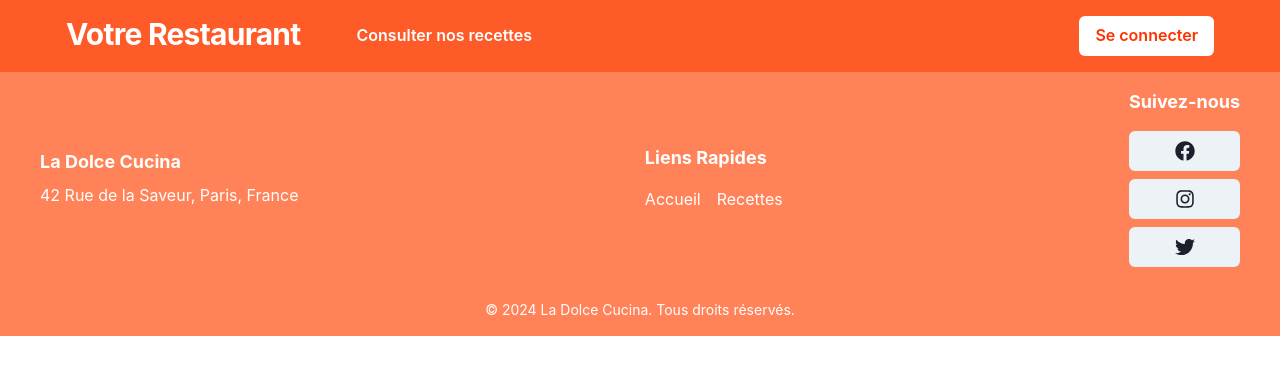
Repository: Ecaron76/tp-restau-next
Page: /recettes
These files come from the project's save history. The page is drawn as it stood at one moment and after the next save; the edit follows.
The browser window is 1280 px wide. The pictures show the whole page.
The page's requests for data from a server got no answer. The project was rebuilt for these pictures with package versions that can differ from the ones it lists, and the page was loaded fresh each time. The framework's server and built-in components were replaced by stand-ins that run in the browser. No one was signed in, and anything a server would have sent is missing. Also part of the build but not shown: next.config.mjs.

Above is the page before, as saved 2024-02-25 18:40:52.

After the next save:
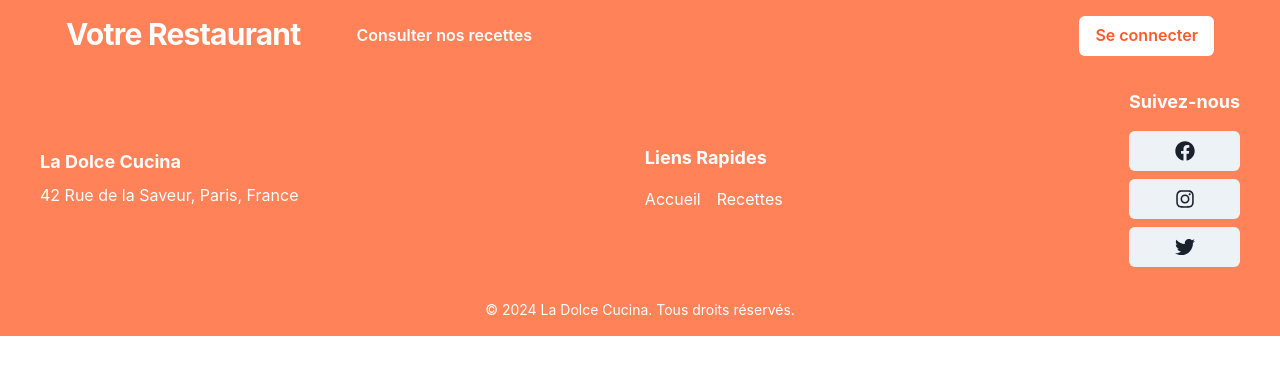
Saved 20 s later.
--- a/src/components/Header/Header.tsx
+++ b/src/components/Header/Header.tsx
@@ -3,7 +3,7 @@ import NextLink from 'next/link'; // Pour gérer la navigation entre les pages
 
 const Header = () => {
   return (
-    <Box bg="brand.400" p={4} color="white">
+    <Box bg="brand.300" p={4} color="white">
       <Flex alignItems="center" maxW="100%" marginLeft={'50px'} marginRight={'50px'} justifyContent='space-between'>
         {/* Logo ou Nom du restaurant */}
         <Box display={'flex'} gap={10}>
@@ -22,7 +22,7 @@ const Header = () => {
         </Box>
         <Box>
           <NextLink href="/login" passHref>
-            <Button  variant="ghost" color={'brand.500'} bg={'white'}>
+            <Button  variant="ghost" color={'brand.400'} bg={'white'}>
               Se connecter
             </Button>
           </NextLink>
